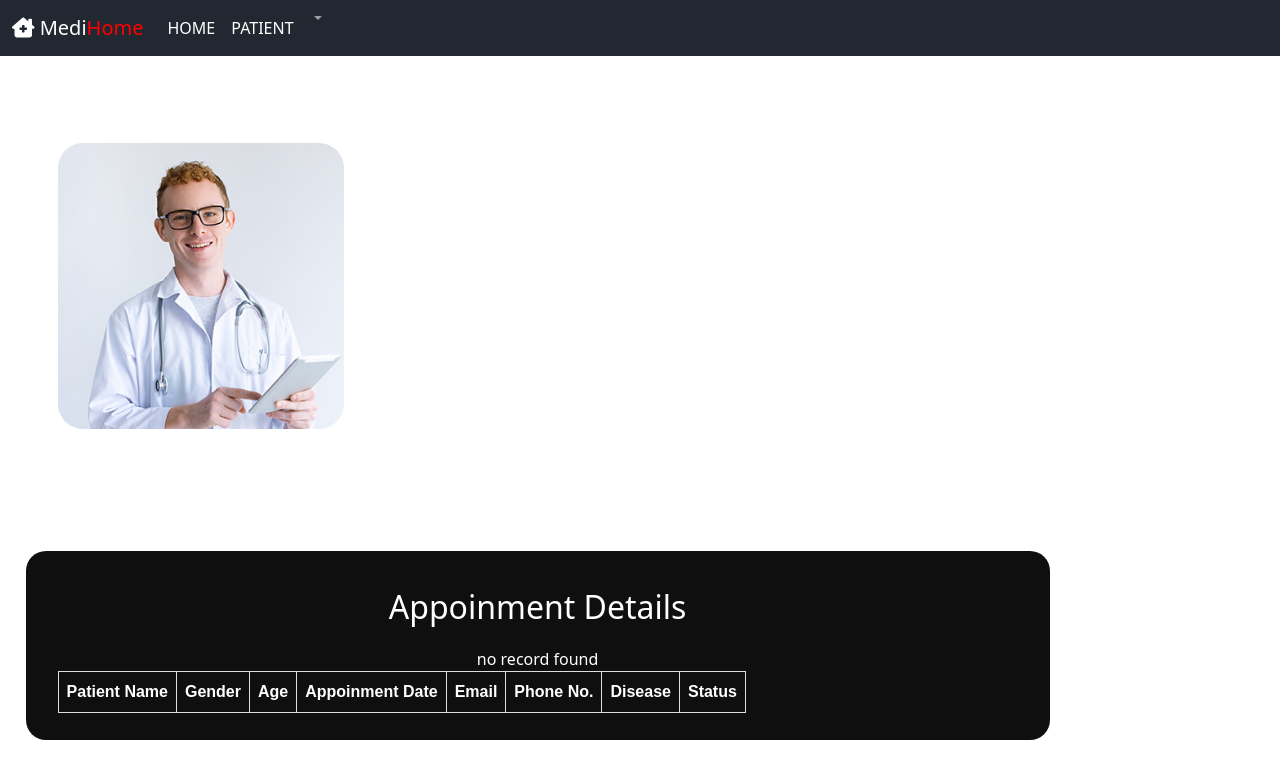
Repository: SparshGarg1/Hospital-Management-System
Page: http://localhost/Hospital/doctorpatient.jsp
These files come from the project's save history. The page is drawn as it stood at one moment and after the next save; the edit follows.
The browser window is 1280 px wide. The pictures show the whole page.
Some web libraries are served in a nearby version. The page is served by Tomcat 9. Other server files are loaded and not shown. Queries for data that is not in the repository find no rows.

Above is the page before, as saved 2022-08-21 05:40:51.

### Hospital/WebContent/doctorpatient.jsp
<%@page import="java.sql.ResultSet"%>
<%@page errorPage="component/error.jsp" %>
<%@ include file="component/db.jsp" %>
<%@ page language="java" contentType="text/html; charset=ISO-8859-1"
    pageEncoding="ISO-8859-1"%>
<!DOCTYPE html PUBLIC "-//W3C//DTD HTML 4.01 Transitional//EN" "http://www.w3.org/TR/html4/loose.dtd">
<html>
<head>
<meta http-equiv="Content-Type" content="text/html; charset=ISO-8859-1">
<title>Insert title here</title>
<%@ include file="component/allcss.jsp" %>
<style>
        @import url('https://fonts.googleapis.com/css2?family=Poppins&display=swap');

        .main{
            display: flex;
            flex-direction: row;
            justify-content: space-between;
            flex-wrap: wrap;
            height: 100vh;
        }
        table {
            font-family: arial, sans-serif;
            border-collapse: collapse;
            position: absolute;
            margin:auto;
        }

       .tr1 {
            border: 1px solid #dddddd;
            text-align: left;
            padding: 8px;
        }
        .show1{
            text-align: center;
            margin: 5vh 2vw;
            width:80%;
            background: rgb(15, 15, 15);
            border-radius: 20px;
            color: white;
            padding: 2em;
        }
        .contain{
            margin: 5vh 2vw;
            width:80%;

            width: 350px;

            border-radius: 20px;
            display: flex;
            justify-content: center;
            flex-direction: column;
            color: white;
            padding: 2em;
        }
        .head{
            font-size: 2em;
            margin-bottom: 0.5em;
        }
        .bo {
            margin: 0.2em 0;
        }
       .contain img{
       border-radius: 25px;
       }

        .loginBtn{
            width: 102%;
            height: 40px;
            border: none;
            border-radius: 10px;
            margin: 0.5em 0;
            transform: translate(-1%);
            cursor: pointer;
            color: white;
            background: linear-gradient(to right, #ff416c, #ff4b2b);
            transition: all .4s;
        }

        .loginBtn:hover{
            transform: translate(-1%, 5%);
            box-shadow: 0 0 10px #ff416d65;
        }
        .text{
            font-size: 0.8em;
            margin-top: 0.5em;
            text-align: center;
            color: rgba(255, 255, 255, 0.623);
        }
        .text a{
            color: rgba(255, 255, 255, 0.911);
        }
        </style>
</head>
<body>
<%
	HttpSession ses=request.getSession();
	String email =(String) ses.getAttribute("uid");
	int id1=0;
	String name = "";
	String dob = "";
	String qualification = "";
	String specialist = "";
	String mobile = "";
	String qr = "select * from doctor where email=?";
	PreparedStatement ps = con.prepareStatement(qr);
	ps.setString(1, email);
	ResultSet rs = ps.executeQuery();
	if(rs.next())
	{
		id1 = rs.getInt("id");
		name = rs.getString("name");
		dob = rs.getString("dob");
		qualification = rs.getString("qualification");
		specialist = rs.getString("specialist");
		mobile = rs.getString("mobile");

	}
%>
<!-- navbar  -->
<nav class="navbar navbar-expand-lg navbar-dark" style="background-color:#222831;">
  <div class="container-fluid">
    <a class="navbar-brand" href="index.jsp"><i class="fas fa-clinic-medical"></i> Medi<span style="color:red;">Home</span></a>
    <button class="navbar-toggler" type="button" data-bs-toggle="collapse" data-bs-target="#navbarSupportedContent" aria-controls="navbarSupportedContent" aria-expanded="false" aria-label="Toggle navigation">
      <span class="navbar-toggler-icon"></span>
    </button>
    <div class="collapse navbar-collapse" id="navbarSupportedContent">
      <ul class="navbar-nav  mb-2 mb-lg-0">
        <li class="nav-item">
          <a class="nav-link active" aria-current="page" href="doctorportal.jsp">HOME</a>
        </li>
        <li class="nav-item">
          <a class="nav-link active" aria-current="page" href="doctorpatient.jsp">PATIENT</a>
        </li>
        <li class="nav-item dropdown">
          <a class="nav-link dropdown-toggle" href="#" id="navbarDropdown" role="button" data-bs-toggle="dropdown" aria-expanded="false">
            <%=name %>
          </a>
          <ul class="dropdown-menu" aria-labelledby="navbarDropdown">
          	<li><a class="dropdown-item" href="doctoreditprofile.jsp">Edit Profile</a></li>
            <li><a class="dropdown-item" href="DoctorLogout">Logout</a></li>
          </ul>
        </li>
      </ul>
    </div>
  </div>
</nav>

<section class="main">
    <div class="contain">
       <img alt="" src="img/doc-3.jpg">
    </div>
    <div class="show1">
        <p class="head">Appoinment Details</p>
        <table>
            <tr class="tr1">
              <th class="tr1">Patient Name</th>
              <th class="tr1">Gender</th>
              <th class="tr1">Age</th>
              <th class="tr1">Appoinment Date</th>
              <th class="tr1">Email</th>
              <th class="tr1">Phone No.</th>
              <th class="tr1">Disease</th>
              <th class="tr1">Status</th>
            </tr>

            <%
             String qr1 = "select * from appoinment where doctor=?";
             PreparedStatement ps1 = con.prepareStatement(qr1);
             ps1.setInt(1, id1);
             ResultSet rs1 = ps1.executeQuery();
             if(rs1.next())
             {
            	 do{
            	String Name = rs1.getString("name");
         		String Gender = rs1.getString("gender");
         		int Age = rs1.getInt("age");
         		String Appdate = rs1.getString("appdate");
         		String Email = rs1.getString("email");
         		String Mobile = rs1.getString("mobile");
         		String Doctor= "";
         		String Disease = rs1.getString("Disease");
         		String Doctorns = rs1.getString("doctor");
         		String Status = rs1.getString("status");
         		String qr2 = "select * from doctor where id=?";
                PreparedStatement ps2 = con.prepareStatement(qr2);
                int Doctorn = Integer.parseInt(Doctorns);
                ps2.setInt(1, Doctorn);
                ResultSet rs2 = ps2.executeQuery();
                if(rs2.next())
                {
                	Doctor = rs2.getString("name");
                }
         		%>
         		<tr class="tr1">
                <th class="tr1"><%=Name %></th>
                <th class="tr1"><%=Gender %></th>
                <th class="tr1"><%=Age %></th>
                <th class="tr1"><%=Appdate %></th>
                <th class="tr1"><%=Email %></th>
                <th class="tr1"><%=Mobile %></th>
                <th class="tr1"><%=Disease %></th>
                <form action="StatusUpdate" method="post">
                <th class="tr1"><input type="text" name="status" value=<%=Status %>></th>
        		<th class="tr1"><button type="submit"  class="loginBtn">Update</button> </th>
        </form>
              </tr>
              <%
            	 }while(rs1.next());
             }
             else{
            	 out.println("no record found");
             }
            %>

          </table>
    </div>
</section>
</body>
</html>

### Hospital/WebContent/component/db.jsp

<%@page import="java.sql.Connection" %>
<%@page import="java.sql.DriverManager" %>
<%@page import="java.sql.PreparedStatement" %>
<%
Class.forName("com.mysql.jdbc.Driver");
Connection con=DriverManager.getConnection("jdbc:mysql://localhost:3306/hos","root","sparsh1574");
%>

### Hospital/WebContent/component/allcss.jsp
<link rel="stylesheet" href="https://cdnjs.cloudflare.com/ajax/libs/font-awesome/6.1.2/css/all.min.css" integrity="sha512-1sCRPdkRXhBV2PBLUdRb4tMg1w2YPf37qatUFeS7zlBy7jJI8Lf4VHwWfZZfpXtYSLy85pkm9GaYVYMfw5BC1A==" crossorigin="anonymous" referrerpolicy="no-referrer" />
<link href="https://cdn.jsdelivr.net/npm/bootstrap@5.0.2/dist/css/bootstrap.min.css" rel="stylesheet" integrity="sha384-EVSTQN3/azprG1Anm3QDgpJLIm9Nao0Yz1ztcQTwFspd3yD65VohhpuuCOmLASjC" crossorigin="anonymous">
<script src="https://cdn.jsdelivr.net/npm/bootstrap@5.0.2/dist/js/bootstrap.bundle.min.js" integrity="sha384-MrcW6ZMFYlzcLA8Nl+NtUVF0sA7MsXsP1UyJoMp4YLEuNSfAP+JcXn/tWtIaxVXM" crossorigin="anonymous"></script>

After the next save:
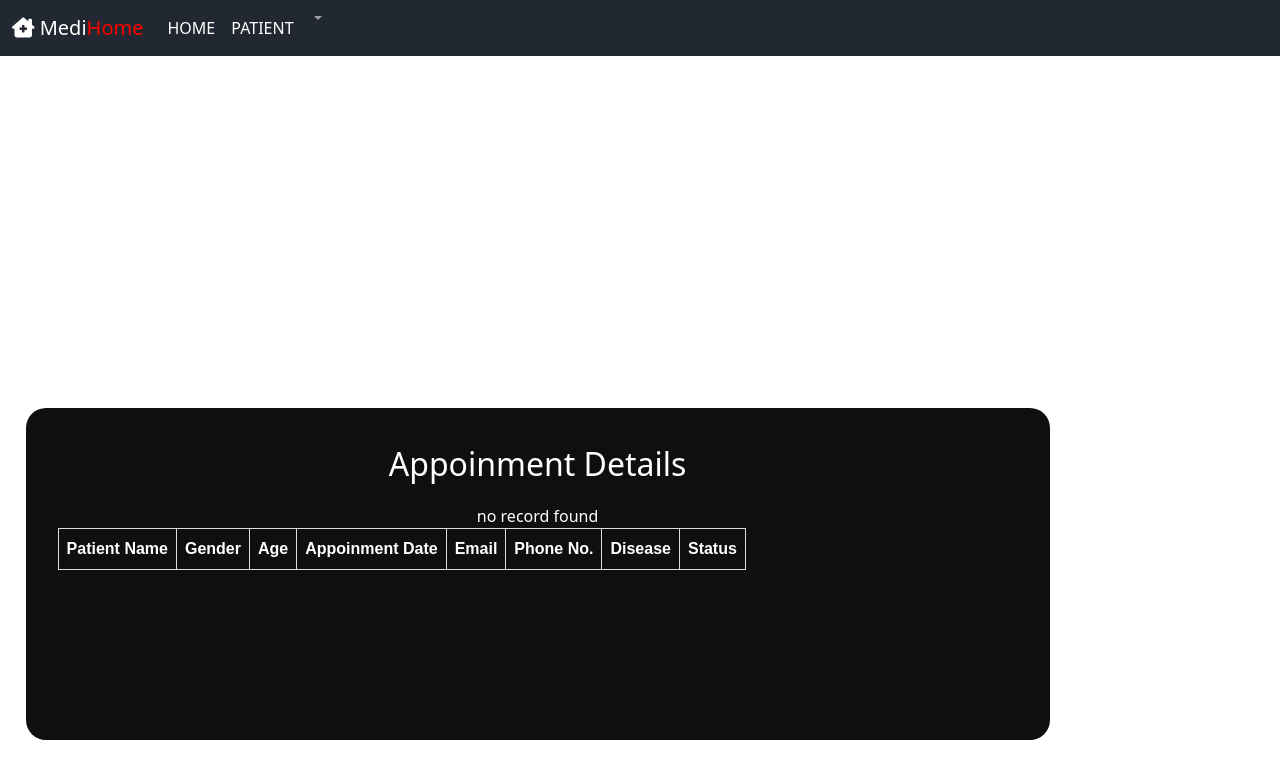
Saved 19 s later.
--- a/Hospital/WebContent/doctorpatient.jsp
+++ b/Hospital/WebContent/doctorpatient.jsp
@@ -148,8 +148,7 @@
 
 <section class="main">
     <div class="contain">
-       <img alt="" src="img/doc-3.jpg">
-    </div>
+           </div>
     <div class="show1">
         <p class="head">Appoinment Details</p>
         <table>
